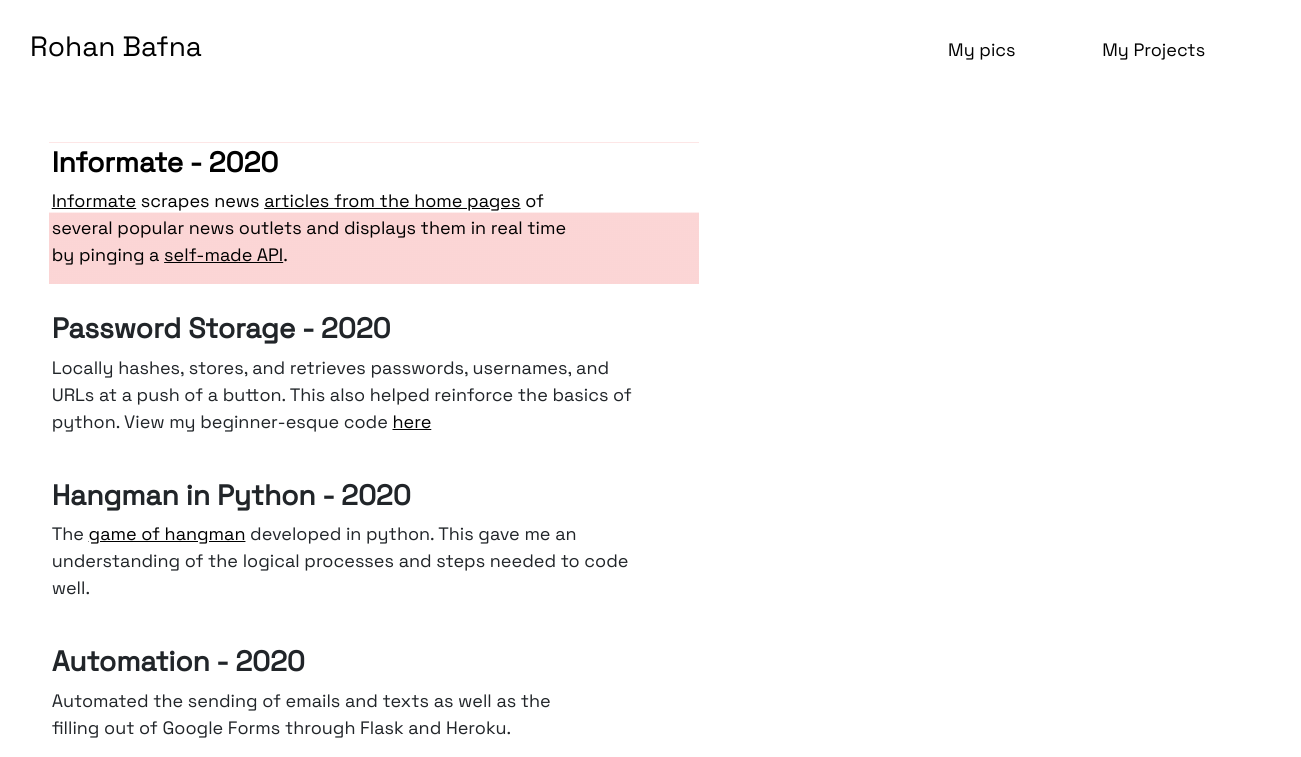
Repository: rbafna6507/rbafna6507.github.io
Page: actualprojects.html
The author's editor kept a copy of each file at every save. The page is drawn from the files as they stood at one save, then again after the next save.
The browser window is 1280 px wide. The page is 1301 px wide, so the pictures cover 1301 px, including what lies to the right of the window. The pictures show the whole page.
The pointer rests on the first visible `.small`.

Above is the page before, as saved 2020-12-20 21:06:33.

After the next save:
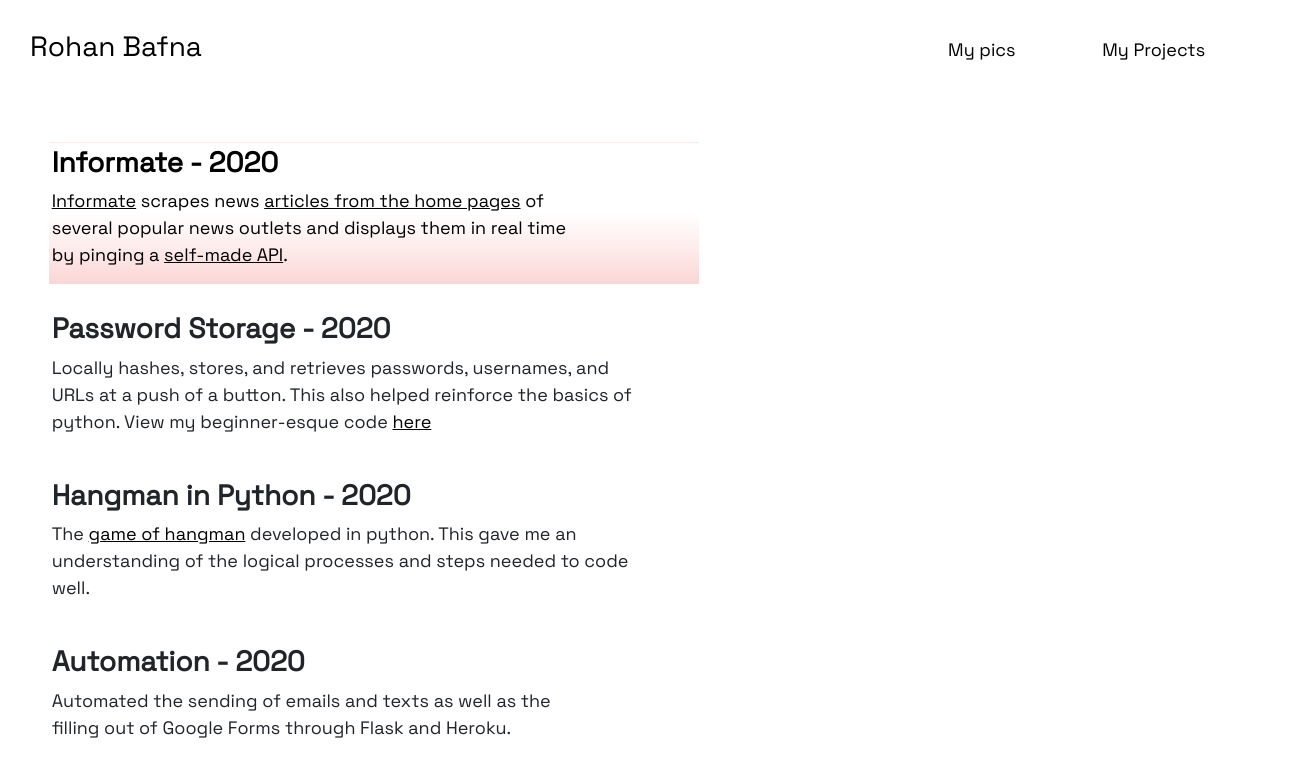
Saved 10 s later.
--- a/projects.css
+++ b/projects.css
@@ -142,7 +142,7 @@ ul{
 
   .small:hover {color: black;
 background-image:
-linear-gradient(to top, #f7a7a779 51%, transparent 50%);
+linear-gradient(to top, #f7a7a779, transparent 50%);
 background-position: 0 100%;
 -webkit-transition: background-position 300ms, color 300ms ease, border-color 300ms ease;
 -moz-transition: background-position 300ms, color 300ms ease, border-color 300ms ease;
